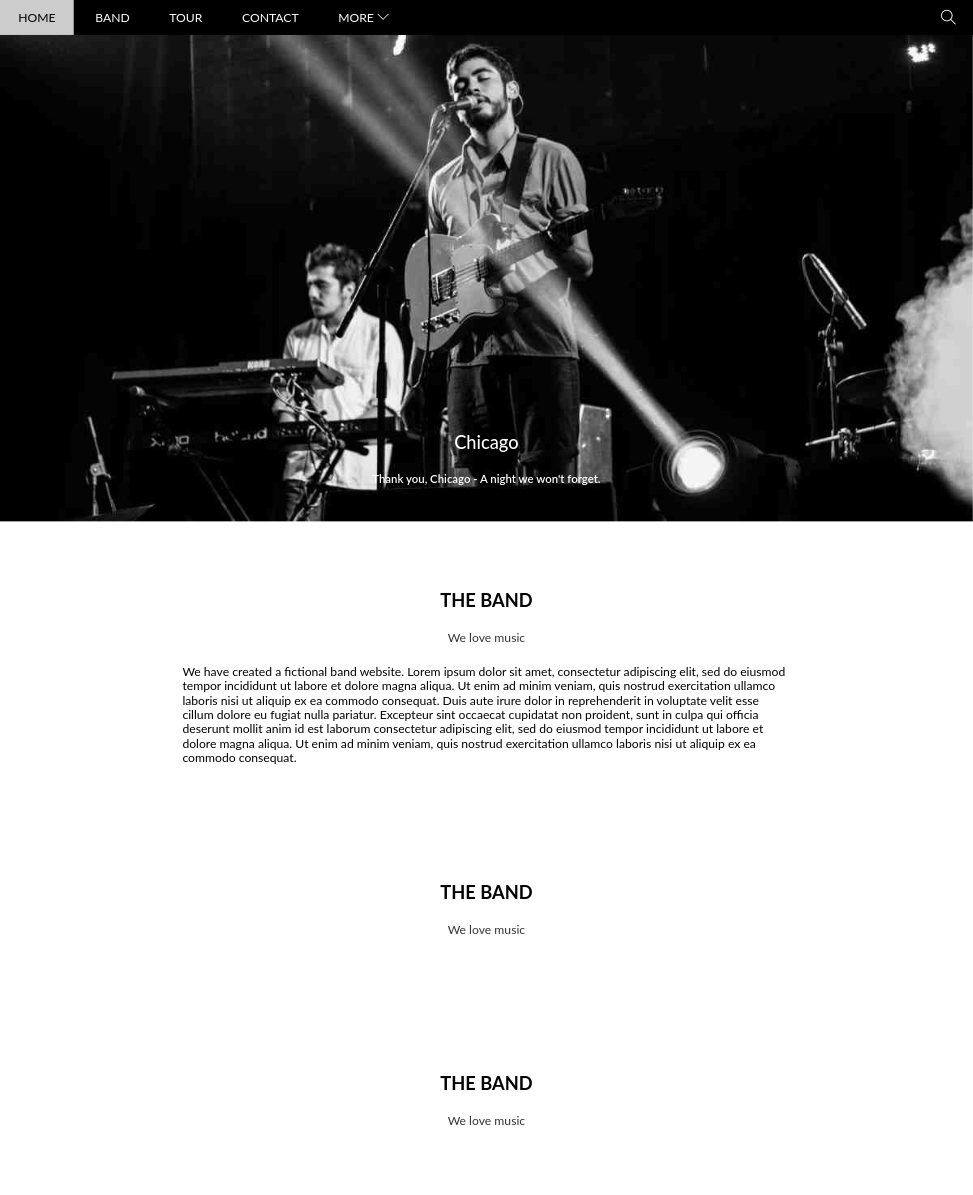
Repository: tatvanhco/web-dau-tay
Page: index.html
An editor plug-in stored every save of this project. The page is shown before and after the next save, followed by the edit.
The browser window is 1280 px wide. The pictures show the whole page, at 76% of full size.

Above is the page before, as saved 2022-01-23 18:20:36.

### index.html
<!DOCTYPE html>
<html lang="en">
<head>
    <meta charset="UTF-8">
    <!-- <meta http-equiv="X-UA-Compatible" content="IE=edge"> -->
    <meta name="viewport" content="width=device-width, initial-scale=1.0">
    <title>the band</title>
    <link rel="shortcut icon" href="./assets/img/band/logo.png" type="image/x-icon">
    <link rel="stylesheet" href="./assets/fronts/themify-icons/themify-icons.css">
    <link rel="stylesheet" href="./assets/css/style.css">
    <link rel="stylesheet" href="./assets/css/responsive.css">
</head>
<body>
    <div id="main">
        <div id="header">
            <ul id="nav">
                <li><a href="#">home</a></li>
                <li><a href="#">band</a></li>
                <li><a href="#">tour</a></li>
                <li><a href="#">contact</a></li>
                <li>
                    <a href="#">more
                        <i class="drop-down ti-angle-down"></i>
                    </a>
                    <div class="subnav">
                        <ul>
                            <li><a href="">Merchandise</a></li>
                            <li><a href="">Extras</a></li>
                            <li><a href="">Media</a></li>
                        </ul>
                    </div>
                </li>
            </ul>
            <div class="search-btn">
                <i class="search-icon ti-search"></i>
            </div>
        </div>
        <div id="slide">
            <div class="text-content">
                <h2 class="text-heading">Chicago</h2>
                <div class="text-desc">Thank you, Chicago - A night we won't forget.</div>
            </div>
        </div>
        <div id="content">
            <div class="content-section">
                <h2 class="section-heading">THE BAND</h2>
                <p class="section-sub-heading">We love music</p>
                <p class="about">
                    We have created a fictional band website. Lorem ipsum dolor sit amet, consectetur adipiscing elit, sed do eiusmod tempor incididunt ut labore et dolore magna aliqua. Ut enim ad minim veniam, quis nostrud exercitation ullamco laboris nisi ut aliquip ex ea commodo consequat. Duis aute irure dolor in reprehenderit in voluptate velit esse cillum dolore eu fugiat nulla pariatur. Excepteur sint occaecat cupidatat non proident, sunt in culpa qui officia deserunt mollit anim id est laborum consectetur adipiscing elit, sed do eiusmod tempor incididunt ut labore et dolore magna aliqua. Ut enim ad minim veniam, quis nostrud exercitation ullamco laboris nisi ut aliquip ex ea commodo consequat.
                </p>
                <div class="team">

                </div>
            </div>

            <div class="content-section">
                <h2 class="section-heading">THE BAND</h2>
                <p class="section-sub-heading">We love music</p>
            </div>

            <div class="content-section">
                <h2 class="section-heading">THE BAND</h2>
                <p class="section-sub-heading">We love music</p>
            </div>
        </div>
        <div id="footer">

        </div>
    </div>
</body>
</html>

### assets/css/style.css
* {
    margin: 0;
    padding: 0;
    box-sizing: border-box;
}

body {
    font-family: "Lato", sans-serif;
}

#header {
    width: 100%;
    height: 46px;
    background-color: #000;
    position: fixed;
    top: 0;
    left: 0;
    right: 0;
    z-index: 1;
}
#nav {
    display: inline-block;
}

#nav > li {
    display: inline-block;
}

#nav li {
    position: relative;
    list-style-type: none;
}

#nav > li > a {
    color: #fff;
    text-transform: uppercase;
}

#nav li a {
    text-decoration: none;
    padding: 0 24px;
    line-height: 46px;
    display: block;

}

#nav li:hover .subnav {
    display: block;
}

#nav .subnav li:hover a,
#nav > li:hover > a {
    background-color: #ccc;
    color: #000;
}

#nav .subnav {
    display: none;
    min-width: 160px;
    position: absolute;
    top: 100%;
    left: 0;
    background-color: #fff;
    box-shadow: 0 0 10px rgba(0, 0, 0, 0.3);
}

#nav .subnav a {
    color: #000;
    padding: 0px 24px;
    line-height: 38px;
}

#header .search-btn {
    float: right;
    padding: 0 22px;
    cursor: pointer;
}

#header .search-btn:hover {
    background-color: #f44336;
}

#header .search-icon {
    color: #fff;
    font-size: 20px;
    line-height: 46px;
}

#slide {
    position: relative;
    margin-top: 46px;
    padding-top: 50%;
    background: url(/assets/img/slider/chicago.jpg) top center / cover no-repeat;
}

#slide .text-content {
    color: #fff;
    position: absolute;
    bottom: 47px;
    /* cách canh giữa
    left: 50%;
    transform: translateX(-50%); */
    width: 100%;
    text-align: center;
}

#slide .text-heading {
    font-weight: 500;
    font-size: 24px;
}

#slide .text-desc {
    font-weight: 600;
    margin-top: 25px;
    font-size: 15px;
}

#content {

}

#content .content-section {
    max-width: 800px;
    margin-left: auto;
    margin-right: auto;
    padding: 64px 0;
}

#content .section-heading,
#content .section-sub-heading {
    text-align: center;
    margin: 25px 0;
}

#content .section-sub-heading {
    opacity: 0.8;
}

Loaded but not shown: assets/fronts/themify-icons/themify-icons.css (common file); assets/css/responsive.css (no copy from this time; the picture is the same without it)

After the next save:
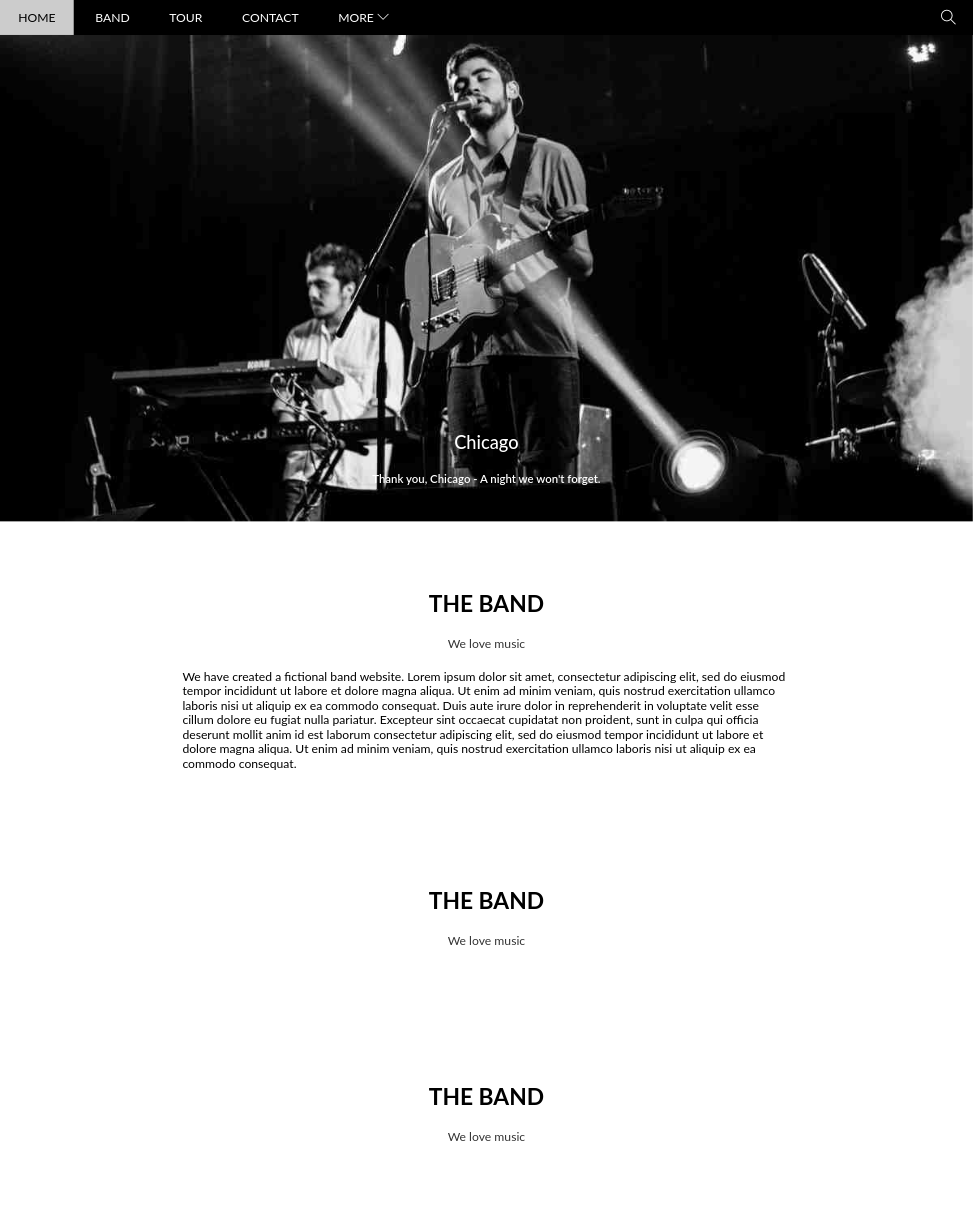
Saved 61 s later.
--- a/assets/css/style.css
+++ b/assets/css/style.css
@@ -132,6 +132,10 @@ body {
     margin: 25px 0;
 }
 
+#content .section-heading {
+    font-size: 30px;
+}
+
 #content .section-sub-heading {
     opacity: 0.8;
 }
